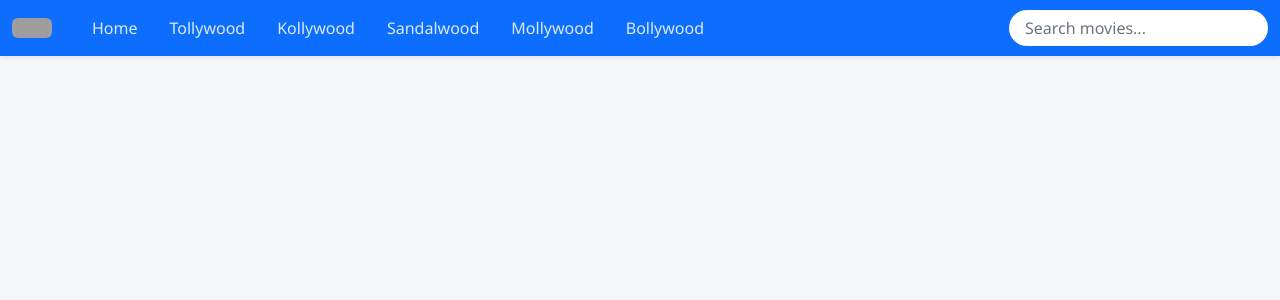
Repository: chandu7777158/Movies_spot
Page: /
The author's editor kept a copy of each file at every save. The page is drawn from the files as they stood at one save, then again after a run of saves.
The browser window is 1280 px wide. The pictures show the whole page.
Pictures or frames that could not be fetched are drawn as grey boxes. The project was rebuilt for these pictures with package versions that can differ from the ones it lists, and the page was loaded fresh each time. Also part of the build but not shown: vite.config.js.

Above is the page before, as saved 2026-01-23 10:13:39.

After the next 4 saves:
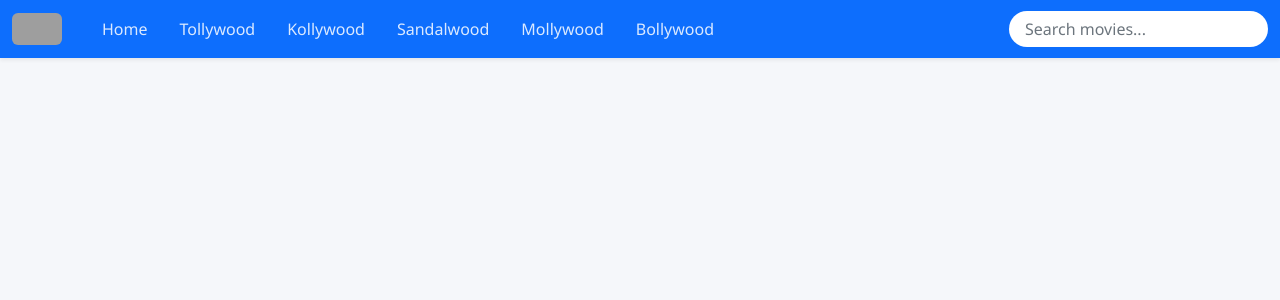
The 4 saves are shown as one change because they came seconds apart.
The last was saved 10 s later.
--- a/src/components/Navbar.jsx
+++ b/src/components/Navbar.jsx
@@ -9,8 +9,8 @@ export default function Navbar() {
                     <img
                         src="https://static.vecteezy.com/system/resources/previews/022/580/623/non_2x/movie-media-letter-logo-design-illustration-free-vector.jpg"
                         alt="Logo"
-                        width="40"
-                        height="20"
+                        width="50"
+                        height="32"
                         className="me-2 rounded"
                     />
                 </a>
